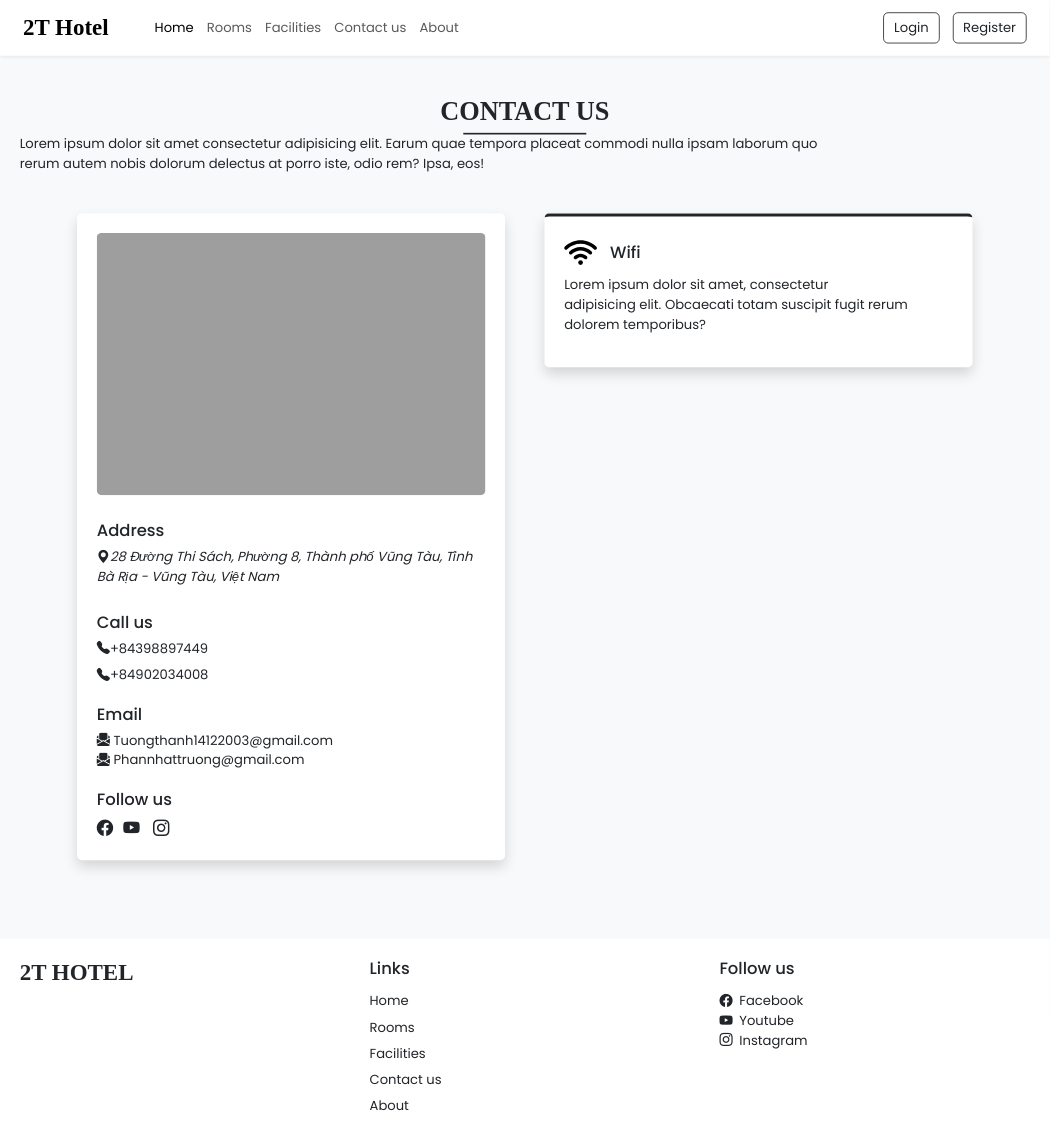
Repository: TaTongThanh2003/DoAnCoSo2024_BookingHotelWebsite
Page: http://localhost/WebsiteBookingHotel/contact.php
An editor plug-in stored every save of this project. The page is shown before and after the next save, followed by the edit.
The browser window is 1280 px wide. The pictures show the whole page, at 82% of full size.
Pictures or frames that could not be fetched are drawn as grey boxes. Some web fonts or font styles are not loaded; a fallback is used. The page is run by PHP 8.4 with error messages shown; the project is at /var/www/html/.

Above is the page before, as saved 2024-03-22 14:54:58.

### WebsiteBookingHotel/contact.php
<!DOCTYPE html>
<html lang="en">

<head>
    <meta charset="UTF-8">
    <meta http-equiv="X-UA-Compatible" content="IE-edge">
    <meta name="viewport" content="width=device-width, initial-scale=1.0">
    <title>2T Hotel - CONTACT</title>
    <?php require('inc/links.php'); ?>
    <style>
    .pop:hover {
        border-top-color: var(--teal) !important;
        transform: scale(1.03);
        transition: all 0.3s;
    }
    </style>
    <link rel="stylesheet" href="https://cdn.jsdelivr.net/npm/swiper@11/swiper-bundle.min.css" />
    <style>
    @media screen and (max-width: 575px) {
        .availability-form {
            margin: 25px;
            padding: 0 35px;
        }
    }
    </style>
</head>

<body class="bg-light">
    <?php require('inc/header.php'); ?>

    <div class="my-5 px-4">
        <h2 class="fw-bold h-font text-center">CONTACT US</h2>
        <div class="h-line bg-dark"></div>
        <p>Lorem ipsum dolor sit amet consectetur adipisicing elit. Earum quae tempora placeat commodi nulla ipsam
            laborum quo <br> rerum autem nobis dolorum delectus at porro iste, odio rem? Ipsa, eos!</p>
    </div>
    <div class="container">
        <div class="row">
            <div class="col-lg-6 col-md-6 mb-5 px-4">
                <div class="bg-white rounded shadow p-4 ">
                    <iframe
                        src="https://www.google.com/maps/embed?pb=!1m18!1m12!1m3!1d1387.4586037672818!2d107.14647667339156!3d10.395697334627467!2m3!1f0!2f0!3f0!3m2!1i1024!2i768!4f13.1!3m3!1m2!1s0x31756fd4554f0cf5%3A0xb24fd23bf641fa40!2zVsWpbmcgVMOgdSwgQsOgIFLhu4thIC0gVsWpbmcgVMOgdSwgVmnhu4d0IE5hbQ!5e0!3m2!1svi!2s!4v1710661690680!5m2!1svi!2s"
                        class="w-100 rounded mb-4" height="320px" loading="lazy"
                        referrerpolicy="no-referrer-when-downgrade"></iframe>
                    <h5>Address</h5>
                    <a href="https://maps.app.goo.gl/TkpwJFueXijHawj1A" target="_blank"
                        class="d-inline-block text-decoration-none text-dark mb-2">
                        <i class="bi bi-geo-alt-fill">28 Đường Thi Sách, Phường 8, Thành phố Vũng Tàu,
                            Tỉnh Bà Rịa - Vũng Tàu, Việt Nam</i>
                    </a>
                    <h5 class="mt-4">Call us</h5>
                    <a href="tel: +84398897449" class="d-inline-block mb-2 text-decoration-none text-dark">
                        <i class="bi bi-telephone-fill"></i>+84398897449
                    </a>
                    <br>
                    <a href="tel: +84902034008" class="d-inline-block text-decoration-none text-dark">
                        <i class="bi bi-telephone-fill"></i>+84902034008
                    </a>
                    <h5 class="mt-4">Email</h5>
                    <a href="Mail To: tuongthanh14122003@gmail.com "
                        class="d-inline-block text-decoration-none text-dark">
                        <i class="bi bi-envelope-paper-fill"> </i>Tuongthanh14122003@gmail.com</a><br>
                    <a href="MailTo: phannhattruong@gmail.com " class="d-inline-block text-decoration-none text-dark">
                        <i class="bi bi-envelope-paper-fill"> </i>Phannhattruong@gmail.com</a>
                    <h5 class="mt-4">Follow us</h5>
                    <a href="#" class="d-inline-block text-dark fs-5 me-2 ">
                        <i class="bi bi-facebook mi-1"></i>
                    </a>

                    <a href="#" class="d-inline-block text-dark fs-5 me-2">
                        <i class="bi bi-youtube me-1"></i>
                    </a>
                    <a href="#" class="d-inline-block text-dark fs-5 ">
                        <i class="bi bi-instagram me-1"></i>
                    </a>
                </div>
            </div>
            <div class="col-lg-6 col-md-6 px-4">
                <div class="bg-white rounded shadow p-4 border-top border-4 border-dark pop">
                    <div class="d-flex align-items-center mb-2">
                        <img src="images/facilities/Wifi.svg" alt="" width="40px">
                        <h5 class="m-0 ms-3">Wifi</h5>
                    </div>
                    <p>Lorem ipsum dolor sit amet, consectetur <br> adipisicing elit. Obcaecati totam suscipit fugit
                        rerum
                        dolorem temporibus?</p>
                </div>
            </div>

        </div>
    </div>

    <!-- footer -->
    <?php require('inc/footer.php'); ?>




    <!-- <script src="https://cdn.jsdelivr.net/npm/swiper@11/swiper-bundle.min.js"></script>
    <script src="https://cdn.jsdelivr.net/npm/bootstrap@5.3.3/dist/js/bootstrap.bundle.min.js"
        integrity="sha384-YvpcrYf0tY3lHB60NNkmXc5s9fDVZLESaAA55NDzOxhy9GkcIdslK1eN7N6jIeHz" crossorigin="anonymous">
    </script> -->
    <!-- <script>
    var swiper = new Swiper(".swiper-container", {
        spaceBetween: 30,
        effect: "fade",
        loop: true,
        autoplay: {
            delay: 3500,
            disableOnInteraction: false,
        }
    });
    var swiper = new Swiper(".swiper-testimonials", {
        effect: "coverflow",
        grabCursor: true,
        centeredSlides: true,
        slidesPerView: "auto",
        slidesPerView: "3",
        loop: true,
        coverflowEffect: {
            rotate: 50,
            stretch: 0,
            depth: 100,
            modifier: 1,
            slideShadows: false,
        },
        pagination: {
            el: ".swiper-pagination",
        },
        breakpoints: {
            320: {
                slidesPerView: 1,
            },
            640: {
                slidesPerView: 1,
            },
            768: {
                slidesPerView: 2,
            },
            1024: {
                slidesPerView: 3,
            },
        }
    });
    </script> -->
</body>

</html>

### WebsiteBookingHotel/inc/links.php
<link href="https://cdn.jsdelivr.net/npm/bootstrap@5.3.3/dist/css/bootstrap.min.css" rel="stylesheet"
    integrity="sha384-QWTKZyjpPEjISv5WaRU9OFeRpok6YctnYmDr5pNlyT2bRjXh0JMhjY6hW+ALEwIH" crossorigin="anonymous">
<link href="https://fonts.googleapis.com/css2?family=Merienda:wght@400;700&family=Poppins:wght@400;500;600&display=swap"
    rel="stylesheet">
<link rel="stylesheet" href="https://cdn.jsdelivr.net/npm/bootstrap-icons@1.11.3/font/bootstrap-icons.min.css">
<link rel="stylesheet" href="css/common.css">

### WebsiteBookingHotel/inc/header.php
<nav class="navbar navbar-expand-lg navbar-light bg-white px-lg-3 py-lg-2 shadow-sm sticky-top">
    <div class="container-fluid">
        <a class="navbar-brand me-5 fw-bold fs-3 h-font" href="index.php">2T Hotel</a>
        <button class="navbar-toggler shadow-none" type="button" data-bs-toggle="collapse"
            data-bs-target="#navbarSupportedContent" aria-controls="navbarSupportedContent" aria-expanded="false"
            aria-label="Toggle navigation">
            <span class="navbar-toggler-icon"></span>
        </button>
        <div class="collapse navbar-collapse" id="navbarSupportedContent">
            <ul class="navbar-nav me-auto mb-2 mb-lg-0">
                <li class="nav-item">
                    <a class="nav-link active" aria-current="page" href="index.php">Home</a>
                </li>
                <li class="nav-item">
                    <a class="nav-link" href="#">Rooms</a>
                </li>
                <li class="nav-item">
                    <a class="nav-link" href="facilities.php">Facilities</a>
                </li>
                <li class="nav-item">
                    <a class="nav-link" href="contact.php">Contact us</a>
                </li>
                <li class="nav-item">
                    <a class="nav-link" href="about.php">About</a>
                </li>
            </ul>
            <div class="d-flex">
                <button type="button" class="btn btn-outline-dark shadow-none me-lg-3 me-2" data-bs-toggle="modal"
                    data-bs-target="#loginModal">
                    Login
                </button>
                <button type="button" class="btn btn-outline-dark shadow-none " data-bs-toggle="modal"
                    data-bs-target="#registerModal">
                    Register
                </button>
            </div>
        </div>
    </div>
</nav>

<!-- login -->
<div class="modal fade" id="loginModal" data-bs-backdrop="static" data-bs-keyboard="false" tabindex="-1"
    aria-labelledby="staticBackdropLabel" aria-hidden="true">
    <div class="modal-dialog">
        <div class="modal-content">
            <form>
                <div class="modal-header">
                    <h5 class="modal-title d-flex align-item-center">
                        <i class="bi bi-person-circle fs-5 me-2"></i> User login
                    </h5>
                    <button type="reset" class="btn-close shadow-none" data-bs-dismiss="modal"
                        aria-label="Close"></button>
                </div>
                <div class="modal-body">
                    <div class="mb-3">
                        <label class="form-label">Email address</label>
                        <input type="email" class="form-control shadow-none">
                    </div>
                    <div class="mb-4">
                        <label class="form-label">Password</label>
                        <input type="password" class="form-control shadow-none">
                    </div>
                    <div class="d-flex align-items-center justify-content-between mb-2">
                        <button type="submit" class="btn btn-dark shadow-none">LOGIN</button>
                        <a href="javascript: void(0)" class="text-secondary text-decoration-none">Forgot
                            Password?</a>
                    </div>
                </div>
            </form>
        </div>
    </div>
</div>

<!-- Register -->
<div class="modal fade" id="registerModal" data-bs-backdrop="static" data-bs-keyboard="false" tabindex="-1"
    aria-labelledby="staticBackdropLabel" aria-hidden="true">
    <div class="modal-dialog modal-lg">
        <div class="modal-content">
            <form>
                <div class="modal-header">
                    <h5 class="modal-title d-flex align-item-center">
                        <i class="bi bi-person-lines-fill fs-5 me-2"></i>
                        User Registration
                    </h5>
                    <button type="reset" class="btn-close shadow-none" data-bs-dismiss="modal"
                        aria-label="Close"></button>
                </div>
                <div class="modal-body">
                    <span class="badge rounded-pill bg-light text-dark mb-3 text-wrap lh-base">
                        Note: Your details must match with your ID (Aadhar card, passport, driving license, etc.)
                        that will be required dring check-in.
                    </span>
                    <div class="container-fluid">
                        <div class="row">
                            <!-- Name -->
                            <div class="col-md-6 ps-0 mb-3">
                                <label class="form-label">Name</label>
                                <input type="text" class="form-control shadow-none">
                            </div>
                            <!-- Email -->
                            <div class="col-md-6 p-0 mb-3">
                                <label class="form-label">Email</label>
                                <input type="email" class="form-control shadow-none">
                            </div>
                            <!-- Phone Number -->
                            <div class="col-md-6 ps-0 mb-3">
                                <label class="form-label">Phone Number</label>
                                <input type="number" class="form-control shadow-none">
                            </div>
                            <!-- Picture -->
                            <div class="col-md-6 p-0 mb-3">
                                <label class="form-label">Picture</label>
                                <input type="file" class="form-control shadow-none">
                            </div>
                            <!-- Address -->
                            <div class="col-md-12 p-0 mb-3">
                                <label class="form-label">Address</label>
                                <textarea class="form-control shadow-none" rows="1"></textarea>
                            </div>
                            <!-- Pincode -->
                            <div class="col-md-6 ps-0 mb-3">
                                <label class="form-label">Pincode</label>
                                <input type="number" class="form-control shadow-none">
                            </div>
                            <!-- Date of birth -->
                            <div class="col-md-6 p-0 mb-3">
                                <label class="form-label">Date of birth</label>
                                <input type="date" class="form-control shadow-none">
                            </div>
                            <!-- Password -->
                            <div class="col-md-6 ps-0 mb-3">
                                <label class="form-label">Password</label>
                                <input type="password" class="form-control shadow-none">
                            </div>
                            <!-- Comfirm Password -->
                            <div class="col-md-6 p-0 mb-3">
                                <label class="form-label">Comfirm Password</label>
                                <input type="password" class="form-control shadow-none">
                            </div>
                        </div>
                    </div>
                    <div class="text-center my-1">
                        <button type="submit" class="btn btn-dark shadow-none">REGISTER</button>
                    </div>
                </div>
            </form>
        </div>
    </div>
</div>

### WebsiteBookingHotel/inc/footer.php
<div class="container-fluid bg-white mt-5">
    <div class="row">
        <div class="col-lg-4 p-4">
            <h3 class="h-font fw-bold fs-3">2T HOTEL</h3>
            <p>

            </p>
        </div>
        <div class="col-lg-4 p-4">
            <h5 class="mb-3">Links</h5>
            <a href="#" class="d-inline-block mb-2 text-dark text-decoration-none">Home</a><br>
            <a href="#" class="d-inline-block mb-2 text-dark text-decoration-none">Rooms</a><br>
            <a href="#" class="d-inline-block mb-2 text-dark text-decoration-none">Facilities</a><br>
            <a href="#" class="d-inline-block mb-2 text-dark text-decoration-none">Contact us</a><br>
            <a href="#" class="d-inline-block mb-2 text-dark text-decoration-none">About</a>
        </div>
        <div class="col-lg-4 p-4">
            <h5 class="mb-3">Follow us</h5>
            <a href="#" class="d-inline-block text-dark text-decoration-none md-2">
                <i class="bi bi-facebook me-1"></i> Facebook
            </a><br>
            <a href="#" class="d-inline-block text-dark text-decoration-none md-2">
                <i class="bi bi-youtube me-1"></i> Youtube
            </a><br>
            <a href="#" class="d-inline-block text-dark text-decoration-none ">
                <i class="bi bi-instagram me-1"></i> Instagram
            </a><br>
        </div>
    </div>
</div>

### WebsiteBookingHotel/css/common.css
:root{
    --teal: #2ec1ac;
    --teal_hover: #279e8c;
}

* {
    font-family: 'Poppins', sans-serif;
}

.h-font {
    font-family: 'Merienda', cursive;
}

input::-webkit-outer-spin-button,
input::-webkit-inner-spin-button {
    -webkit-appearance: none;
    margin: 0;
}

/* input[type=number] {
    -moz-appearance: textfield;
} */

.custom-bg {
    background-color: var(--teal);
    border: 1px solid var(--teal);
}

.custom-bg:hover {
    background-color: var(--teal_hover);
    border-color: var(--teal_hover);
}

.availability-form {
    margin-top: -50px;
    z-index: 2;
    position: relative;
}
.h-line{
    width: 150px ;
    margin: 0 auto;
    height: 1.7px;
}

### WebsiteBookingHotel/images/facilities/Wifi.svg
<?xml version="1.0" encoding="iso-8859-1"?>
<!-- Generator: Adobe Illustrator 19.0.0, SVG Export Plug-In . SVG Version: 6.00 Build 0)  -->
<svg version="1.1" id="Capa_1" xmlns="http://www.w3.org/2000/svg" xmlns:xlink="http://www.w3.org/1999/xlink" x="0px" y="0px"
	 viewBox="0 0 494.45 494.45" style="enable-background:new 0 0 494.45 494.45;" xml:space="preserve">
<g>
	<g>
		<g>
			<path d="M395.225,277.325c-6.8,0-13.5-2.6-18.7-7.8c-71.4-71.3-187.4-71.3-258.8,0c-10.3,10.3-27.1,10.3-37.4,0
				s-10.3-27.1,0-37.4c92-92,241.6-92,333.6,0c10.3,10.3,10.3,27.1,0,37.4C408.725,274.725,401.925,277.325,395.225,277.325z"/>
		</g>
		<g>
			<path d="M323.625,348.825c-6.8,0-13.5-2.6-18.7-7.8c-15.4-15.4-36-23.9-57.8-23.9s-42.4,8.5-57.8,23.9
				c-10.3,10.3-27.1,10.3-37.4,0c-10.3-10.3-10.3-27.1,0-37.4c25.4-25.4,59.2-39.4,95.2-39.4s69.8,14,95.2,39.5
				c10.3,10.3,10.3,27.1,0,37.4C337.225,346.225,330.425,348.825,323.625,348.825z"/>
		</g>
		<g>
			<circle cx="247.125" cy="398.925" r="35.3"/>
		</g>
		<g>
			<path d="M467.925,204.625c-6.8,0-13.5-2.6-18.7-7.8c-111.5-111.4-292.7-111.4-404.1,0c-10.3,10.3-27.1,10.3-37.4,0
				s-10.3-27.1,0-37.4c64-64,149-99.2,239.5-99.2s175.5,35.2,239.5,99.2c10.3,10.3,10.3,27.1,0,37.4
				C481.425,202.025,474.625,204.625,467.925,204.625z"/>
		</g>
	</g>
</g>
<g>
</g>
<g>
</g>
<g>
</g>
<g>
</g>
<g>
</g>
<g>
</g>
<g>
</g>
<g>
</g>
<g>
</g>
<g>
</g>
<g>
</g>
<g>
</g>
<g>
</g>
<g>
</g>
<g>
</g>
</svg>

After the next save:
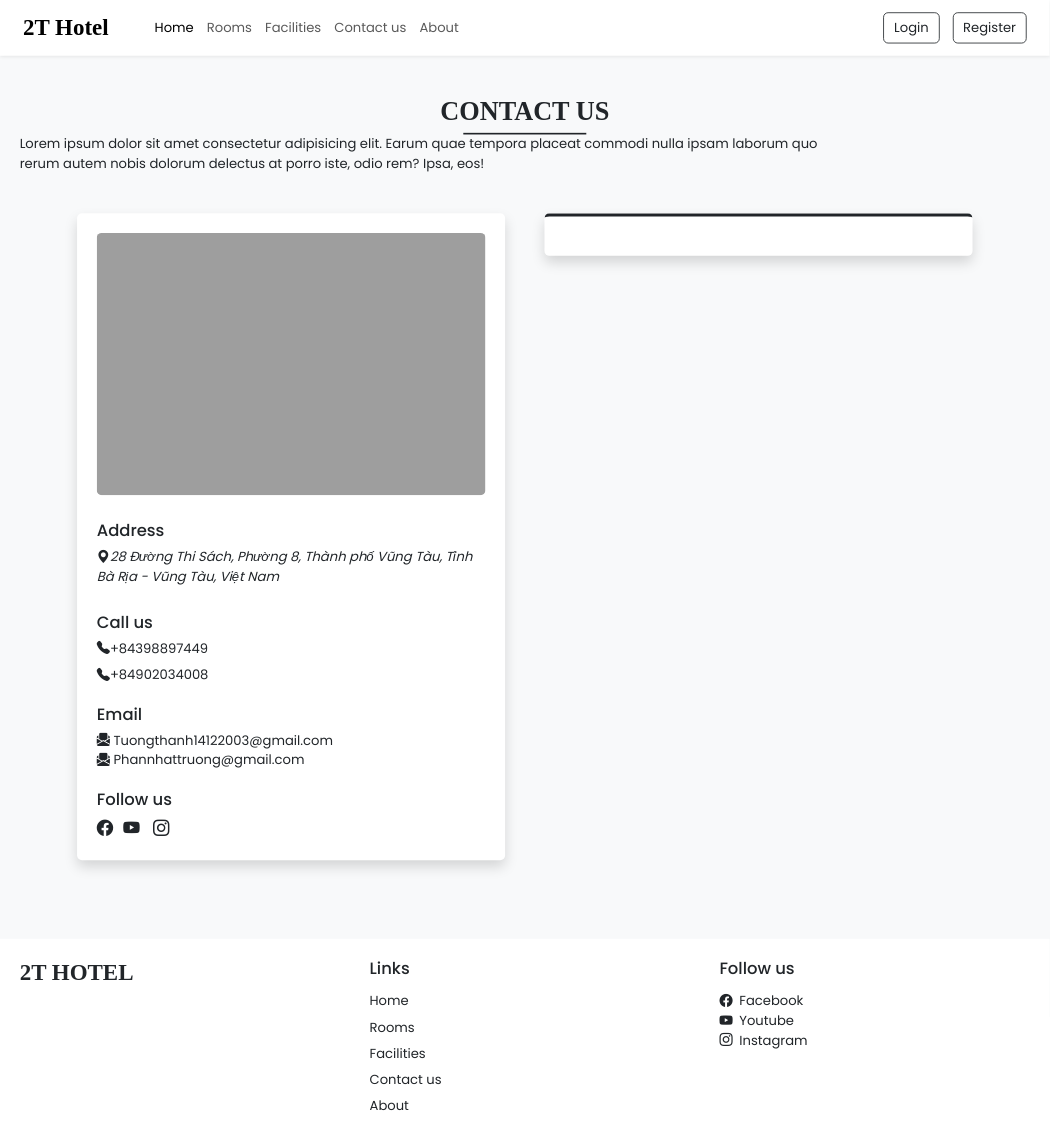
Saved 34 s later.
--- a/WebsiteBookingHotel/contact.php
+++ b/WebsiteBookingHotel/contact.php
@@ -77,13 +77,7 @@
             </div>
             <div class="col-lg-6 col-md-6 px-4">
                 <div class="bg-white rounded shadow p-4 border-top border-4 border-dark pop">
-                    <div class="d-flex align-items-center mb-2">
-                        <img src="images/facilities/Wifi.svg" alt="" width="40px">
-                        <h5 class="m-0 ms-3">Wifi</h5>
-                    </div>
-                    <p>Lorem ipsum dolor sit amet, consectetur <br> adipisicing elit. Obcaecati totam suscipit fugit
-                        rerum
-                        dolorem temporibus?</p>
+
                 </div>
             </div>
 
